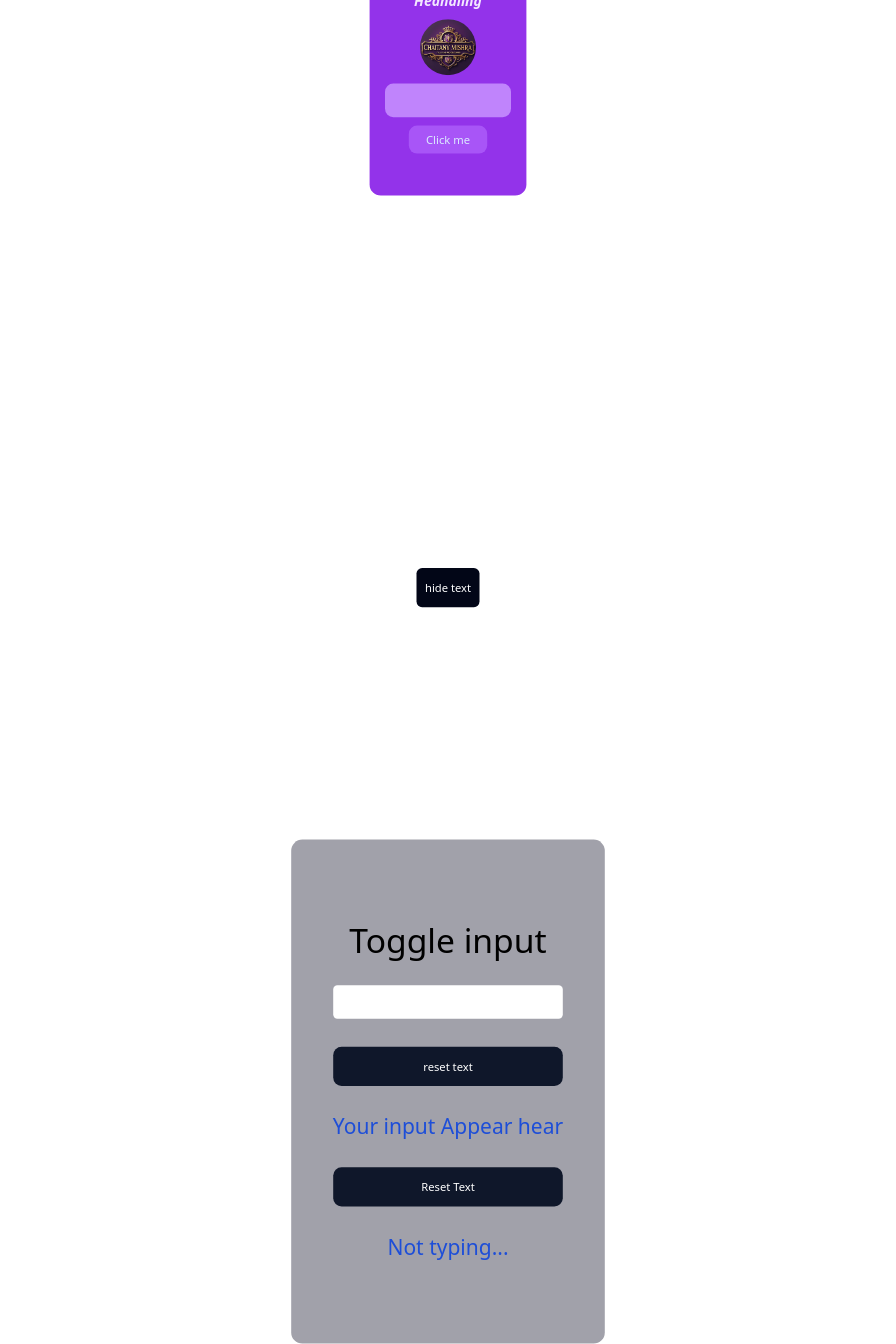
Repository: ChaitanyMishra/react-daily-work
Page: / (app in praticeForReact/revise-react/)
An editor plug-in stored every save of this project. The page is shown before and after the next save, followed by the edit.
The browser window is 1280 px wide. The pictures show the part of the page from y = 828 to 2748 px (the page is 2748 px tall), at 70% of full size.
The project was rebuilt for these pictures with package versions that can differ from the ones it lists, and the page was loaded fresh each time. Also part of the build but not shown: praticeForReact/revise-react/vite.config.js.

Above is the page before, as saved 2025-07-03 20:48:10.

After the next save:
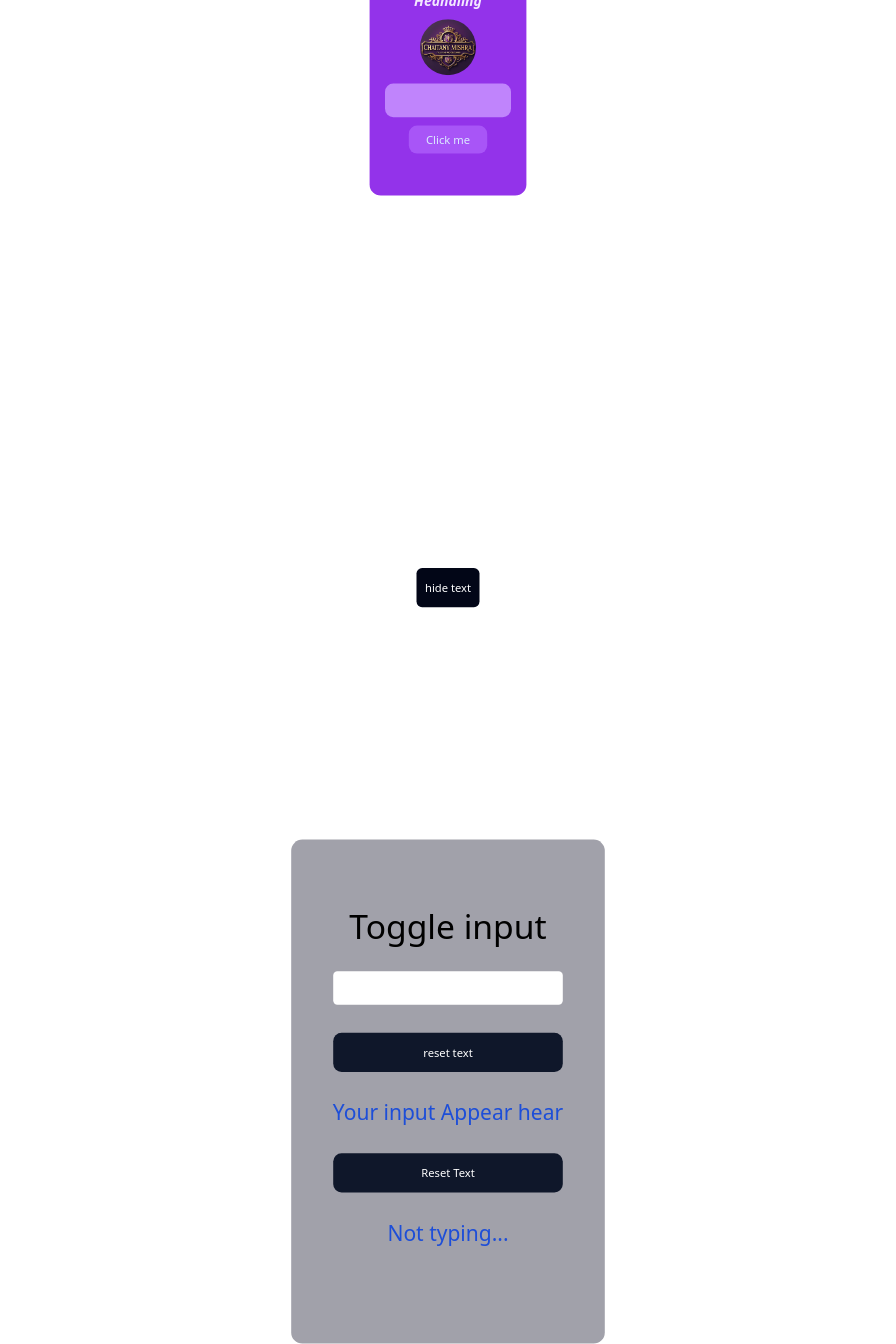
Saved 6 s later.
--- a/praticeForReact/revise-react/src/components/toggleInput.jsx
+++ b/praticeForReact/revise-react/src/components/toggleInput.jsx
@@ -18,7 +18,7 @@
     } , [input])
   return (
     <div className='flex flex-col bg-zinc-400 h-screen  mx-auto rounded-2xl items-center justify-center max-w-md '>
-      <div className='flex flex-col gap-10' m>
+      <div className='flex flex-col gap-10 mb-10'>
         <h1 className='text-5xl text-center'>Toggle input</h1>
             <input type="text" className='px-4 py-3 rounded-md placeholder:enter text'  onChange={(e) => setInput(e.target.value)} />
             <button className='px-3 py-4 rounded-xl bg-slate-900 text-white' onClick={() => setButtonState(!buttonState)}>{buttonState ? "click me" : "reset text"}</button>

After the save that followed:
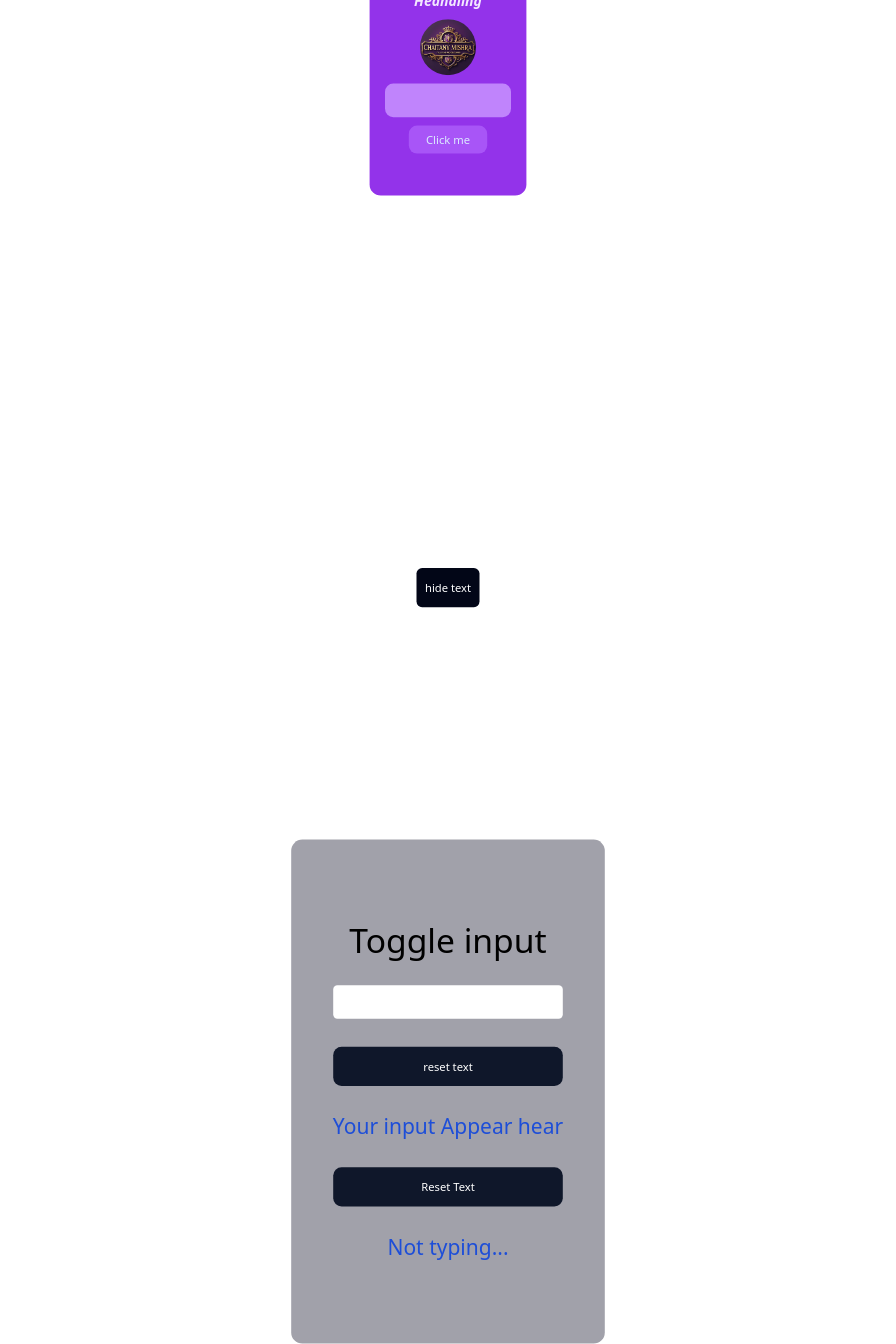
Saved 5 s later.
--- a/praticeForReact/revise-react/src/components/toggleInput.jsx
+++ b/praticeForReact/revise-react/src/components/toggleInput.jsx
@@ -18,7 +18,7 @@
     } , [input])
   return (
     <div className='flex flex-col bg-zinc-400 h-screen  mx-auto rounded-2xl items-center justify-center max-w-md '>
-      <div className='flex flex-col gap-10 mb-10'>
+      <div className='flex flex-col gap-10 '>
         <h1 className='text-5xl text-center'>Toggle input</h1>
             <input type="text" className='px-4 py-3 rounded-md placeholder:enter text'  onChange={(e) => setInput(e.target.value)} />
             <button className='px-3 py-4 rounded-xl bg-slate-900 text-white' onClick={() => setButtonState(!buttonState)}>{buttonState ? "click me" : "reset text"}</button>
